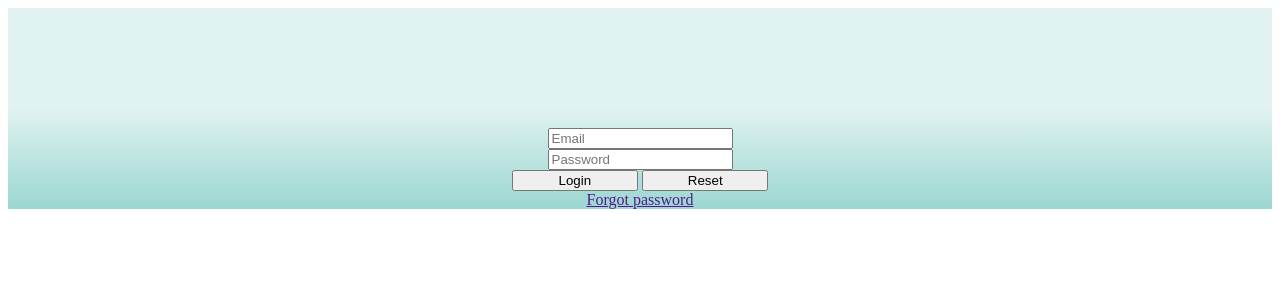
Repository: Indurupi/FriendZone
Page: FriendZoneFrontEnd/WebContent/js/service/login.html
An editor plug-in stored every save of this project. The page is shown before and after the next save, followed by the edit.
The browser window is 1280 px wide. The pictures show the whole page.

Above is the page before, as saved 2017-03-20 09:19:48.

### FriendZoneFrontEnd/WebContent/js/service/login.html
<!DOCTYPE html>
<html>
<head>
<meta charset="ISO-8859-1">
<title>Friendzone</title>
<style type="text/css">
body
{

}
#loginpage {
	background: linear-gradient(to bottom, #e0f2f1 50%, #80cbc4 120%);
	color: #ffffff;
	height: 91%;
	padding-top: 100px;
}
</style>
</head>
<body>
	<div align="center" id="loginpage">
		<form style="padding-top: 20px">
			<div class="input-group" id="LoginUsername">
				<span class="input-group-addon" id="basic-addon1">
					<div class="glyphicon glyphicon-user"></div>
				</span> <input type="text" class="form-control" placeholder="Email"
					aria-describedby="basic-addon1" />
			</div>

			<div class="input-group">
				<span class="input-group-addon" id="basic-addon1">
					<div class="glyphicon glyphicon-lock"></div>
				</span> <input type="password" class="form-control" placeholder="Password"
					aria-describedby="basic-addon1" />
			</div>


			<button class="btn" id="custom-button" style="width: 10%"
				type="submit">Login</button>
			<button class="btn" id="custom-button" style="width: 10%"
				type="reset">Reset</button>
			<br> <a href="">Forgot password</a>
		</form>
	</div>
</body>
</html>

After the next save:
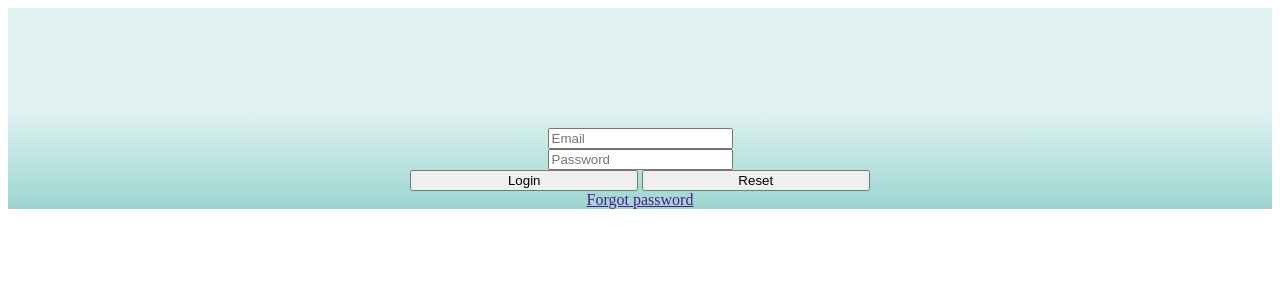
Saved 9 s later.
--- a/FriendZoneFrontEnd/WebContent/js/service/login.html
+++ b/FriendZoneFrontEnd/WebContent/js/service/login.html
@@ -34,9 +34,9 @@ body
 			</div>
 
 
-			<button class="btn" id="custom-button" style="width: 10%"
+			<button class="btn" id="custom-button" style="width: 18%"
 				type="submit">Login</button>
-			<button class="btn" id="custom-button" style="width: 10%"
+			<button class="btn" id="custom-button" style="width: 18%"
 				type="reset">Reset</button>
 			<br> <a href="">Forgot password</a>
 		</form>
